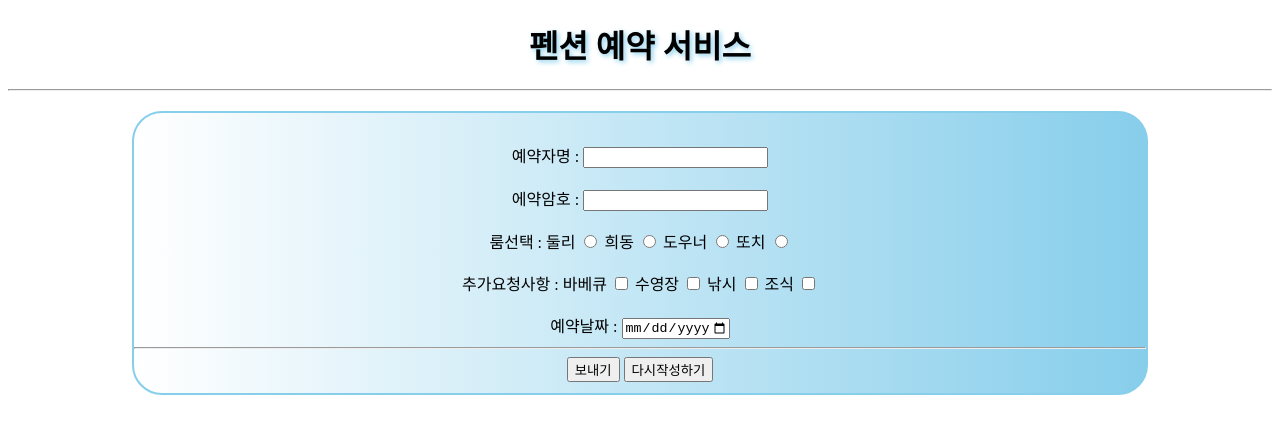
Repository: jhsnex123/web_study
Page: edu/src/main/webapp/cssexam/csslab3.html
These files come from the project's save history. The page is drawn as it stood at one moment and after the next save; the edit follows.
The browser window is 1280 px wide. The pictures show the whole page.
Some web fonts or font styles are not loaded; a fallback is used.

Above is the page before, as saved 2024-09-19 05:19:38.

After the next save:
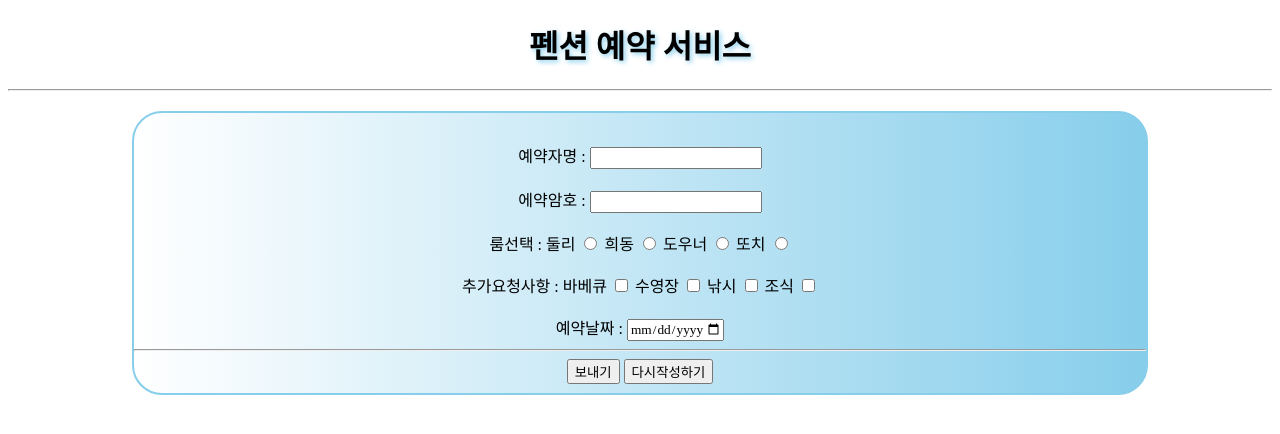
Saved 32 s later.
--- a/edu/src/main/webapp/cssexam/csslab3.html
+++ b/edu/src/main/webapp/cssexam/csslab3.html
@@ -40,6 +40,9 @@
 form{
 font-family: 'EF_jejudoldam';
 }
+input{
+font-family: 'EF_jejudoldam';
+}
 </style>
 
 </head>

After the 2 saves that followed:
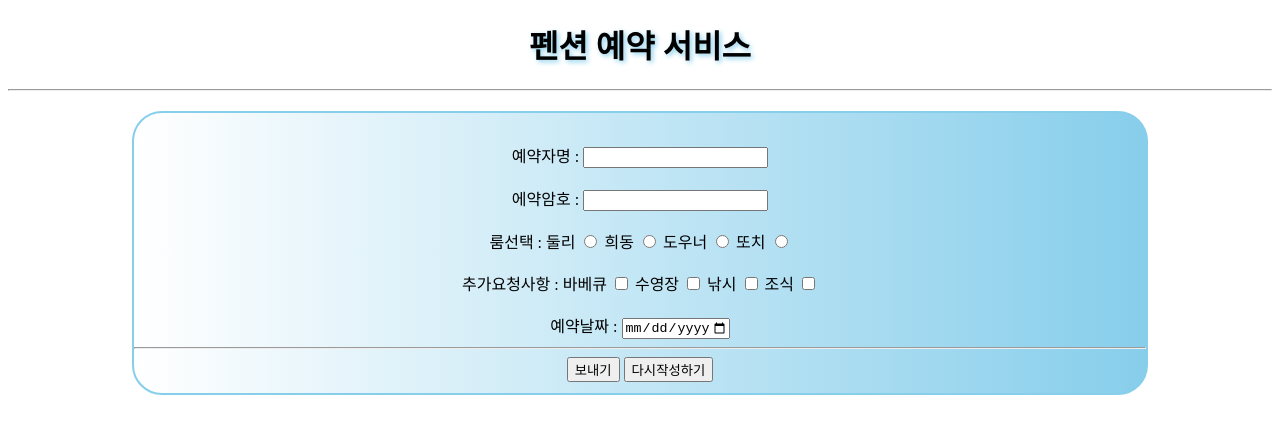
The 2 saves are shown as one change because 1 left the picture as it was.
The last was saved 39 s later.
--- a/edu/src/main/webapp/cssexam/csslab3.html
+++ b/edu/src/main/webapp/cssexam/csslab3.html
@@ -37,12 +37,8 @@
 body {
 font-family: 'EF_jejudoldam';
 }
-form{
-font-family: 'EF_jejudoldam';
-}
-input{
-font-family: 'EF_jejudoldam';
-}
+
+
 </style>
 
 </head>
